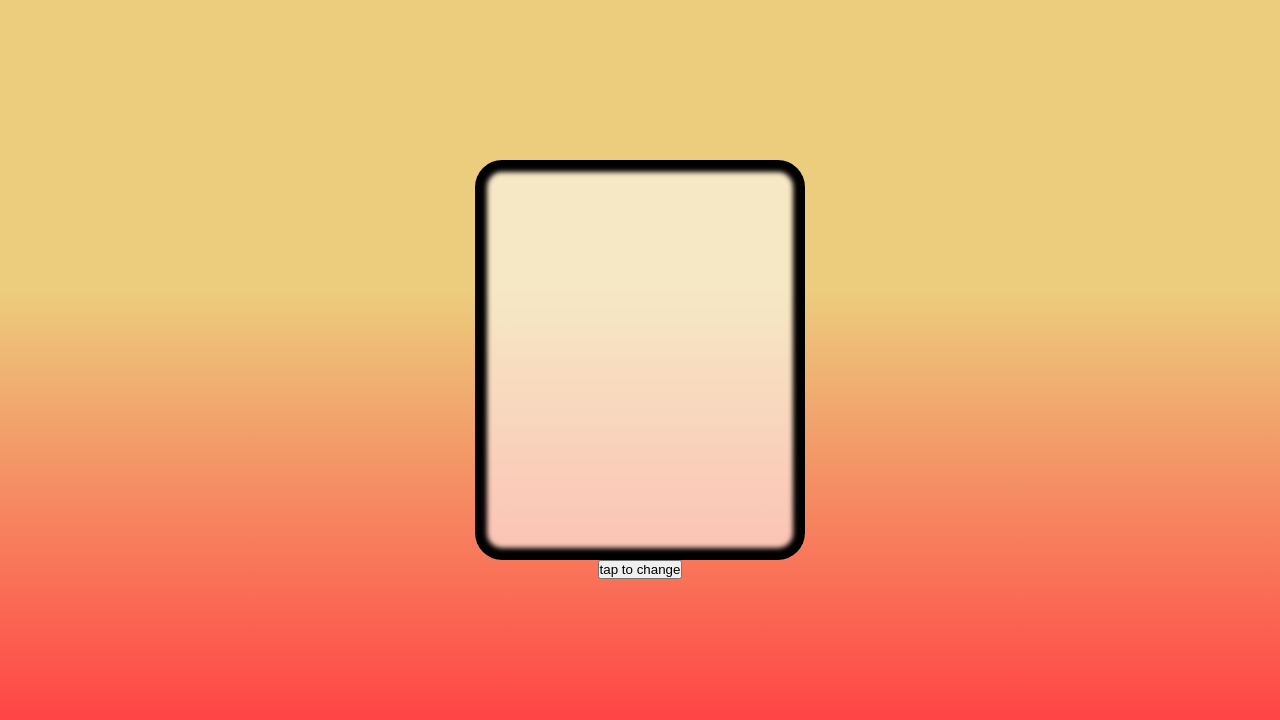
Repository: ThanhThn/profile
Page: index.html
The author's editor kept a copy of each file at every save. The page is drawn from the files as they stood at one save, then again after the next save.
The browser window is 1280 px wide. The pictures show the whole page.

Above is the page before, as saved 2022-12-04 23:45:01.

After the next save:
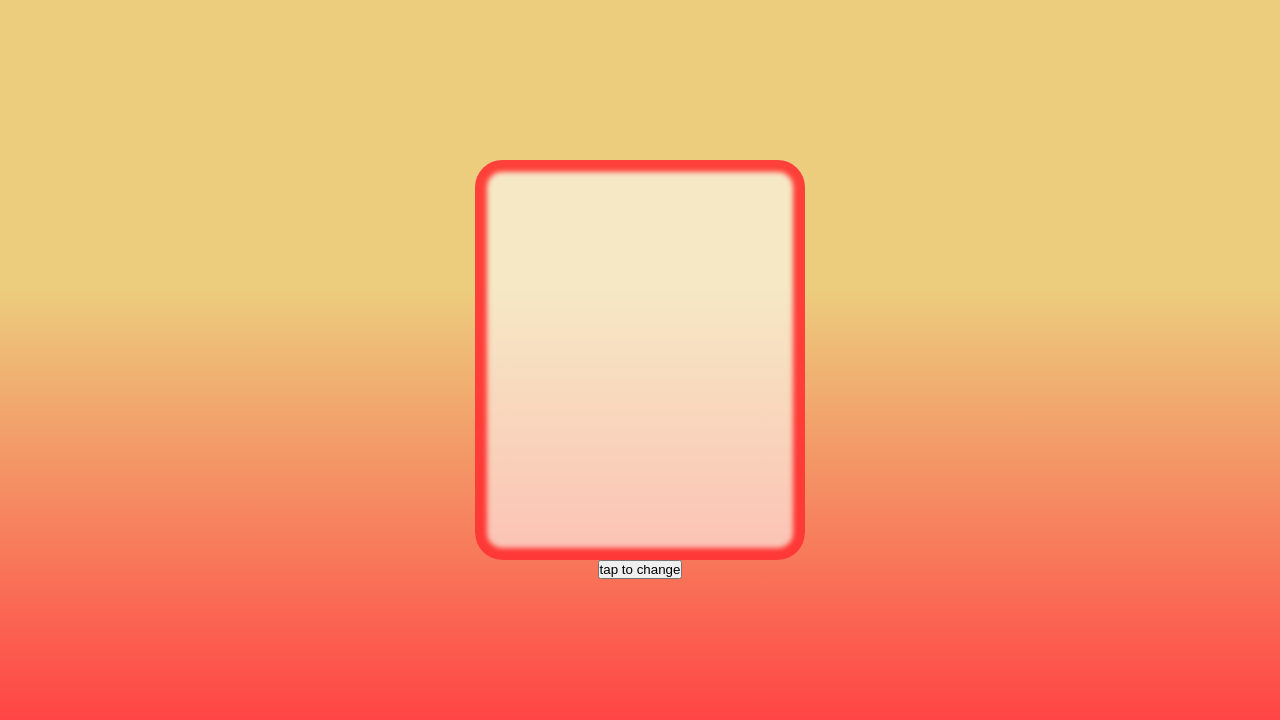
Saved 18 s later.
--- a/style.css
+++ b/style.css
@@ -23,5 +23,5 @@ body{
     height: 400px;
     background: rgba(255, 255, 255, 55%);
     border-radius: 27px;
-    box-shadow: inset 0px 0px 5px 12px black;
+    box-shadow: inset 0px 0px 5px 12px rgba(255,22,22,80%);
 }
